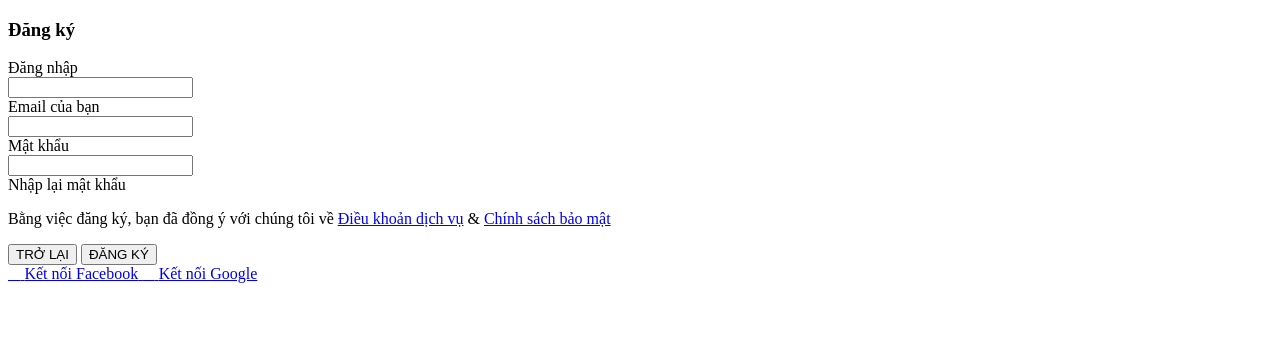
Repository: ximvhs/sochitieu
Page: login.html
These files come from the project's save history. The page is drawn as it stood at one moment and after a run of saves; the edit follows.
The browser window is 1280 px wide. The pictures show the whole page.
Some web fonts or font styles are not loaded; a fallback is used.

Above is the page before, as saved 2023-04-05 09:29:20.

### login.html
<!DOCTYPE html>
<html lang="en">
<head>
    <meta charset="UTF-8">
    <meta http-equiv="X-UA-Compatible" content="IE=edge">
    <meta name="viewport" content="width=device-width, initial-scale=1.0">
    <title>Đăng nhập</title>
    <link rel="stylesheet" href="./assets/css/login.css">
    <link rel="stylesheet" href="./themify-icons-font/themify-icons/themify-icons.css">
    <link rel="stylesheet" href="https://fonts.googleapis.com/css2?family=Material+Symbols+Outlined:opsz,wght,FILL,GRAD@20..48,100..700,0..1,-50..200" />
    <link rel="preconnect" href="https://fonts.googleapis.com">
    <link rel="preconnect" href="https://fonts.gstatic.com" crossorigin>
    <link href="https://fonts.googleapis.com/css2?family=Dongle:wght@700&display=swap" rel="stylesheet">
    <link rel="stylesheet" href="https://stackpath.bootstrapcdn.com/font-awesome/4.7.0/css/font-awesome.min.css"
    integrity="sha384-wvfXpqpZZVQGK6TAh5PVlGOfQNHSoD2xbE+QkPxCAFlNEevoEH3Sl0sibVcOQVnN" crossorigin="anonymous">
    <link rel="preconnect" href="https://fonts.gstatic.com">
    <link href="https://fonts.googleapis.com/css2?family=Open+Sans:ital,wght@0,400;0,600;0,700;0,800;1,400&display=swap"
    rel="stylesheet">
</head>
<body>
    <form action="">
        <div class="modal js-show_register">
                <div class="modal__body">

                    <div class="auth-form js-auth-form">
                        <div class="auth-form__container">
                            <div class="auth-form__header">
                                <h3 class="auth-form__heading">Đăng ký</h3>
                                <span class="auth-form__switch-btn js-login">Đăng nhập</span>
                            </div>

                            <div class="auth-form__form">
                                <div class="auth-form__group">
                                    <input type="text" class="auth-form__input" required placeholder=" ">
                                    <div class="form-label">Email của bạn</div>
                                </div>
                                <div class="auth-form__group">
                                    <input type="password" class="auth-form__input" required placeholder=" ">
                                    <div class="form-label">Mật khẩu</div>
                                </div>
                                <div class="auth-form__group">
                                    <input type="password" class="auth-form__input" required placeholder=" ">
                                    <div class="form-label">Nhập lại mật khẩu</div>
                                </div>
                            </div>

                            <div class="auth-form__aside">
                                <p class="auth-form__policy-text">
                                    Bằng việc đăng ký, bạn đã đồng ý với chúng tôi về
                                    <a href="#" class="auth-form__text-link">Điều khoản dịch vụ</a> &
                                    <a href="#" class="auth-form__text-link">Chính sách bảo mật</a>
                                </p>
                            </div>
                            <div class="auth-form__controls">
                                <button class="btn btn--normal auth-form__controls--back js-close">TRỞ LẠI</button>
                                <button class="btn btn--normal btn--primary">ĐĂNG KÝ</button>
                            </div>
                        </div>

                        <div class="auth-form__socials">
                            <a href="#" class="auth-form__socials--facebook btn btn--size-s btn--with-icon">
                                <i class="auth-form__socials-icon fab fa-facebook-square"></i>
                                <span class="auth-form__socials-text">Kết nối Facebook</span>
                            </a>
                            <a href="#" class="auth-form__socials--google btn btn--size-s btn--with-icon">
                                <i class="auth-form__socials-icon fab fa-google"></i>
                                <span class="auth-form__socials-text">Kết nối Google</span>
                            </a>
                        </div>
                    </div>
                </div>
        </div>
    </form>
</body>
</html>

Loaded but not shown: assets/css/login.css (no stored copy; drawn as an empty file)

After the next 2 saves:
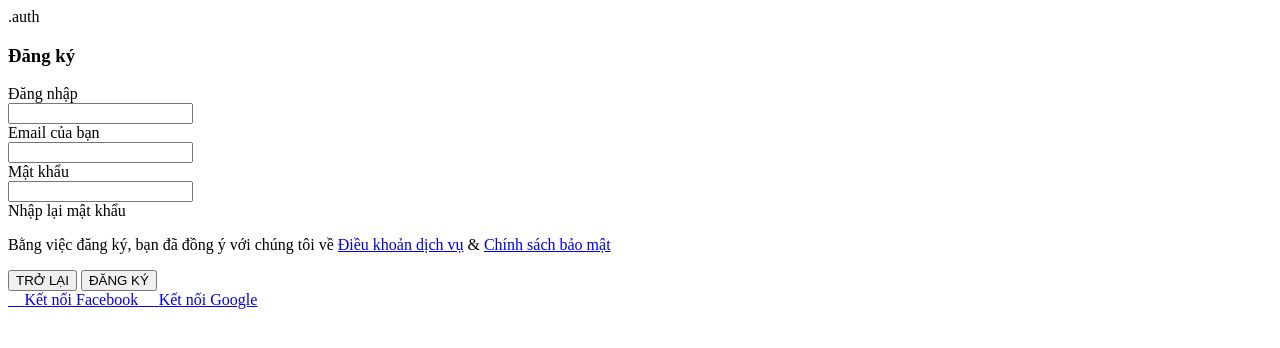
The 2 saves are shown as one change because they came seconds apart.
The last was saved 5 s later.
--- a/login.html
+++ b/login.html
@@ -21,7 +21,7 @@
     <form action="">
         <div class="modal js-show_register">
                 <div class="modal__body">
-
+                    .auth
                     <div class="auth-form js-auth-form">
                         <div class="auth-form__container">
                             <div class="auth-form__header">
